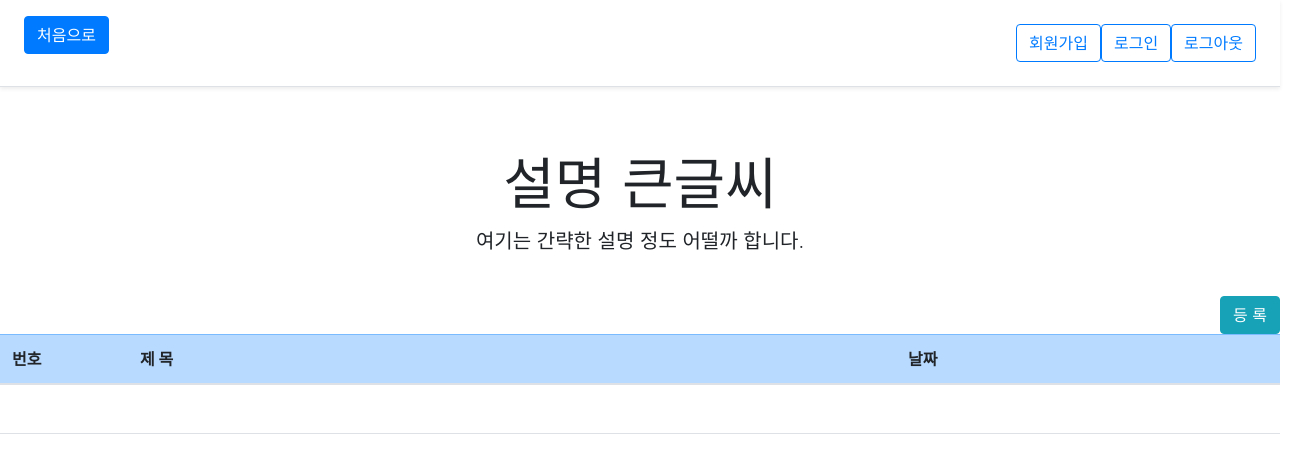
Repository: SettingRhino/innogleantmanager
Page: http://localhost/antmanager/WEB-INF/views/diary.jsp
These files come from the project's save history. The page is drawn as it stood at one moment and after the next save; the edit follows.
The browser window is 1280 px wide. The page is 1295 px wide, so the pictures cover 1295 px, including what lies to the right of the window. The pictures show the whole page.
The page is served by Tomcat 9. Nobody is signed in. The template is opened directly, without the code that normally fills it, so the values that code supplies are empty.

Above is the page before, as saved 2020-06-09 02:34:26.

After the next save:
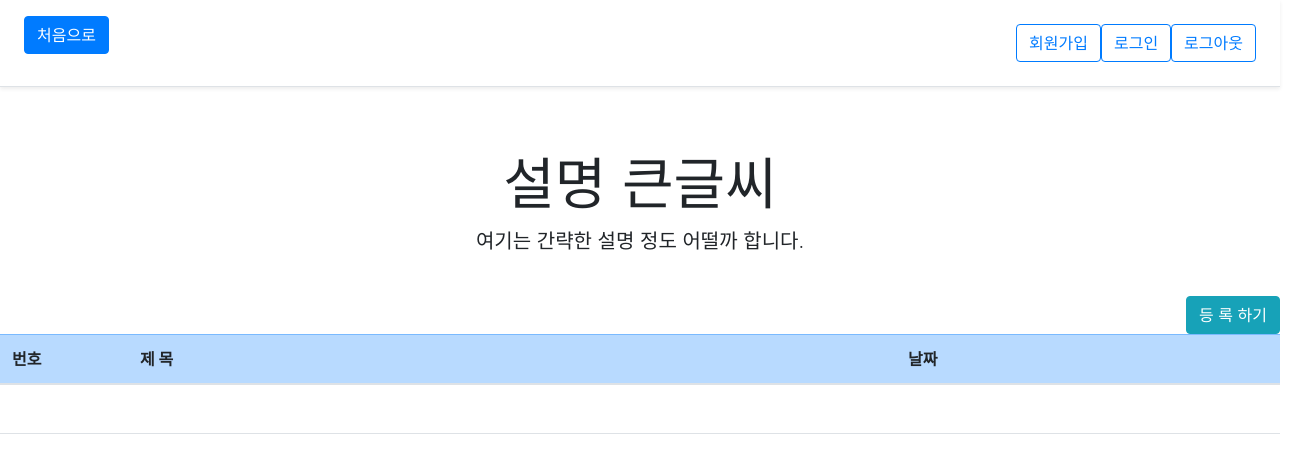
Saved 13 s later.
--- a/antmanager/src/main/webapp/WEB-INF/views/diary.jsp
+++ b/antmanager/src/main/webapp/WEB-INF/views/diary.jsp
@@ -67,7 +67,7 @@
 		<div class="col-lg-4"></div>
 		<div class="col-lg-4"></div>
 		<div class="col-lg-4" align="right">
-			<a href="<c:url value="/diary/edit"/>" class="btn btn-info" role="button"> 등 록 </a>
+			<a href="<c:url value="/diary/edit"/>" class="btn btn-info" role="button"> 등 록 하기</a>
 		</div>
 	</div>
 	<table class="table">
